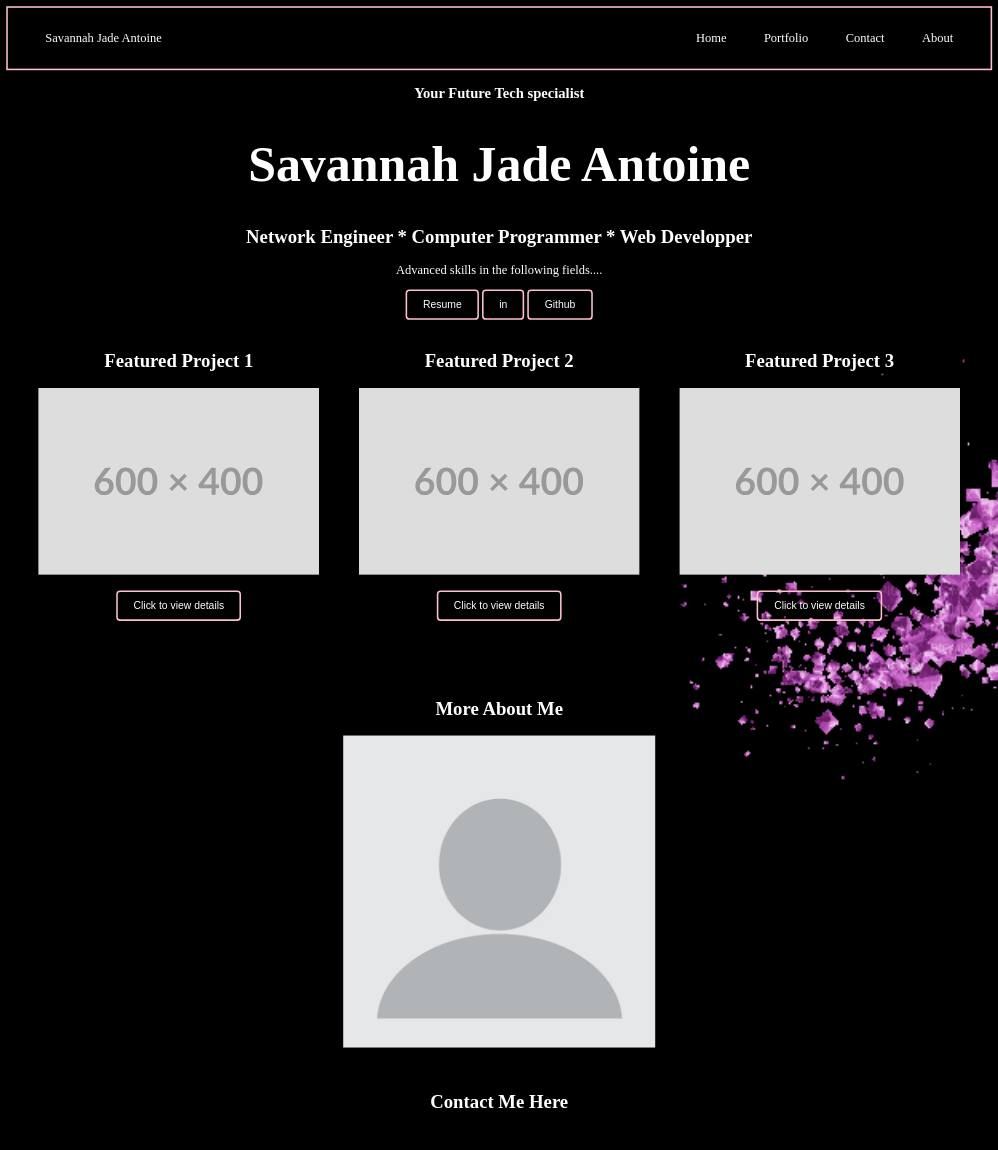
Repository: Savannah-Antoine/Savannah-Antoine
Page: index.html
An editor plug-in stored every save of this project. The page is shown before and after the next save, followed by the edit.
The browser window is 1280 px wide. The pictures show the whole page, at 78% of full size.

Above is the page before, as saved 2026-05-15 12:52:30.

After the next save:
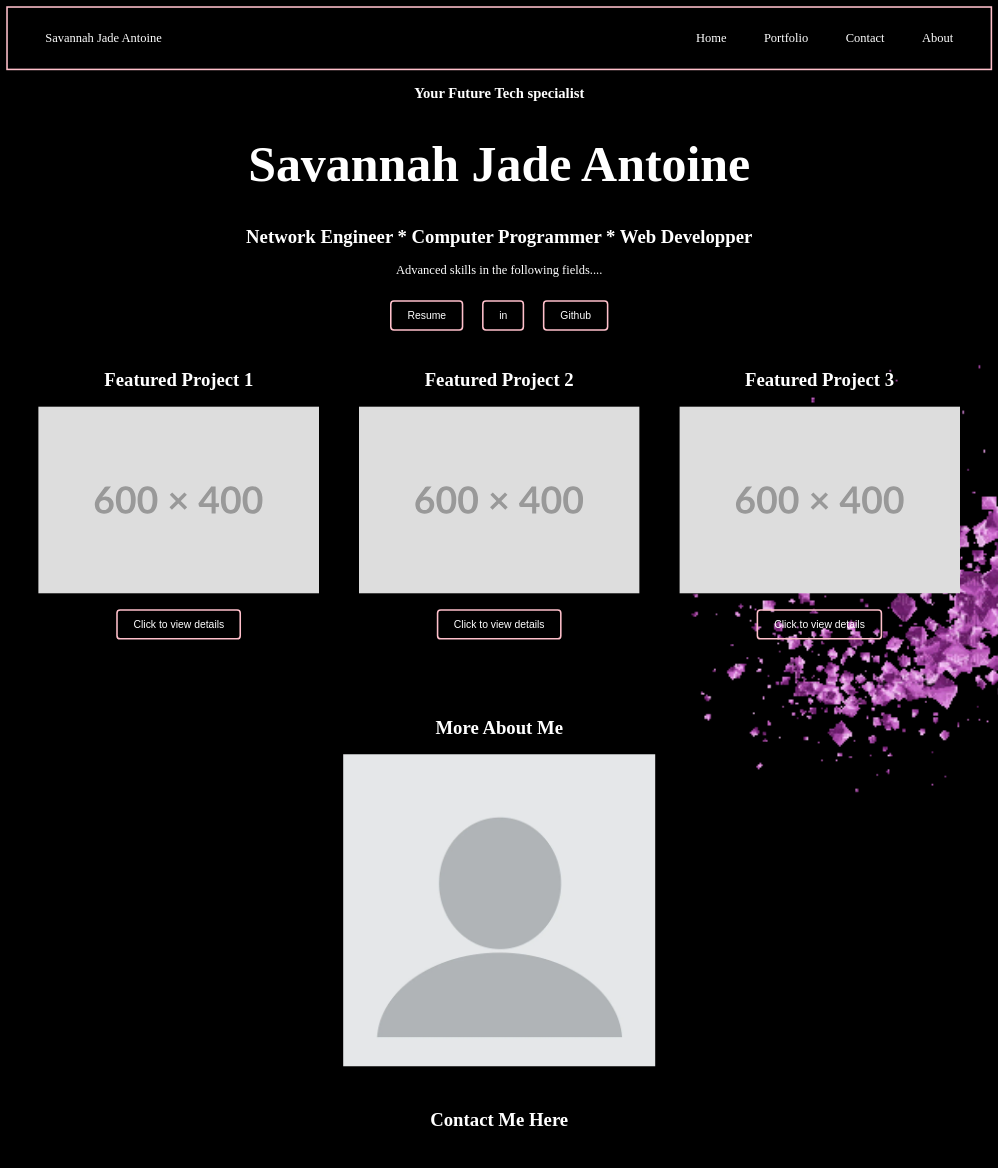
Saved 44 s later.
--- a/index.html
+++ b/index.html
@@ -25,7 +25,7 @@
 <h1> Savannah Jade Antoine</h1>
 <h2>Network Engineer * Computer Programmer * Web Developper</h2>
 <p> Advanced skills in the following fields....</p>
-<div>
+<div class = "infoButtons">
 <a href = "Savannah Jade Resume (1).pdf"><button>Resume</button></a>
 <a href = "www.linkedin.com/in/savannah-antoine-ab0756390"><button>in</button></a>
 <button>Github</button>
